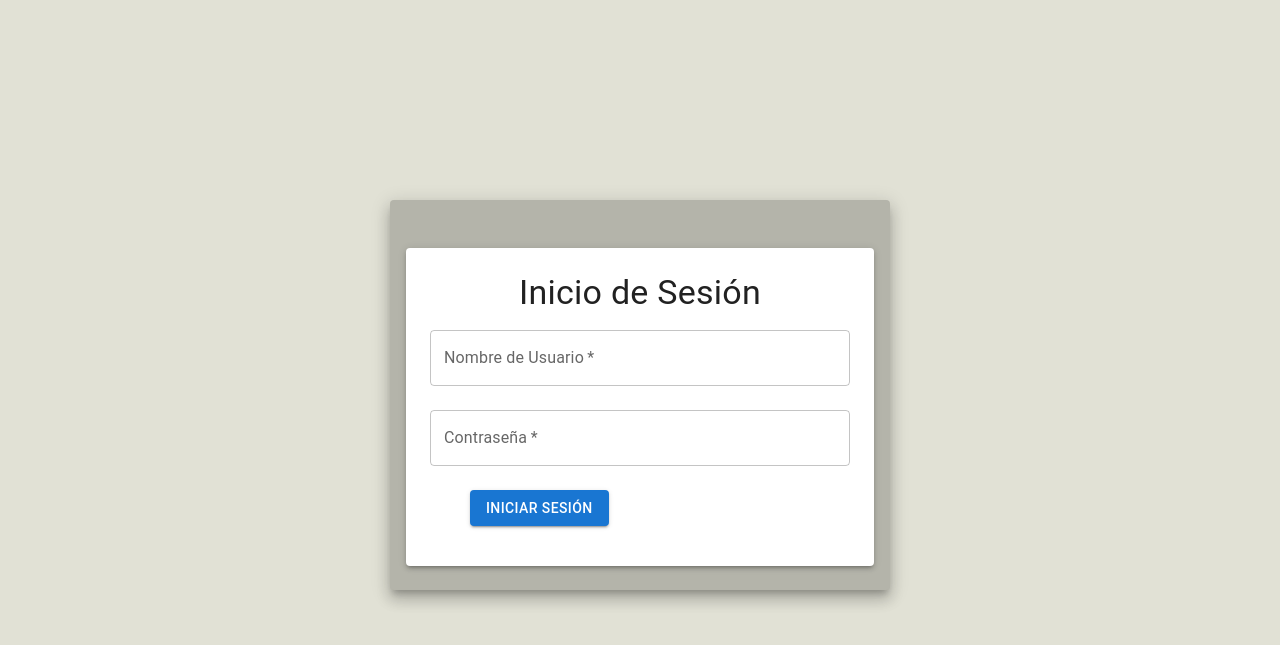
Repository: Mpablom/usuarioCaC-integrador-final-front
Page: /
The author's editor kept a copy of each file at every save. The page is drawn from the files as they stood at one save, then again after the next save.
The browser window is 1280 px wide. The pictures show the whole page.
The project was rebuilt for these pictures with package versions that can differ from the ones it lists, and the page was loaded fresh each time. Also part of the build but not shown: vite.config.ts, src/components/UsuariosTable.tsx.

Above is the page before, as saved 2024-07-11 00:35:17.

### src/App.tsx
// App.tsx (o donde configures tus rutas)
import React from 'react';
import {
  BrowserRouter as Router,
  Route,
  Routes,
  Navigate,
} from 'react-router-dom';
import Login from './components/Login'; // Componente de inicio de sesión
import UsuariosTable from './components/UsuariosTable'; // Componente de la tabla de usuarios

const App: React.FC = () => {
  return (
    <Router>
      <Routes>
        <Route path="/login" element={<Login />} />
        <Route path="/usuarios" element={<UsuariosTable />} />
        <Route path="/" element={<Navigate to="/login" />} />
      </Routes>
    </Router>
  );
};

export default App;

### src/index.css
 :root {
  font-family: system-ui, -apple-system, BlinkMacSystemFont, 'Segoe UI', Roboto;
  line-height: 1.5;
  /* font-weight: 400; */

  color-scheme: light dark;
  color: rgba(255, 255, 255, 0.87);
  background-color: #E1E1D5;

  font-synthesis: none;
  text-rendering: optimizeLegibility;
  -webkit-font-smoothing: antialiased;
  -moz-osx-font-smoothing: grayscale;
}
Card{
  background-color: #B4B4AA;
}
/*
a {
  font-weight: 500;
  color: #646cff;
  text-decoration: inherit;
}
a:hover {
  color: #535bf2;
}

body {
  margin: 0;
  display: flex;
  place-items: center;
  min-width: 320px;
  min-height: 100vh;
}

h1 {
  font-size: 3.2em;
  line-height: 1.1;
  color: #1a1a1a;
}

button {
  border-radius: 8px;
  border: 1px solid transparent;
  padding: 0.6em 1.2em;
  font-size: 1em;
  font-weight: 500;
  font-family: inherit;
  background-color: #1a1a1a;
  cursor: pointer;
  transition: border-color 0.25s;
}
button:hover {
  border-color: #646cff;
}
button:focus,
button:focus-visible {
  outline: 4px auto -webkit-focus-ring-color;
}

@media (prefers-color-scheme: light) {
  :root {
    color: #213547;
    background-color: #ffffff;
  }
  a:hover {
    color: #747bff;
  }
  button {
    background-color: #f9f9f9;
  }
}
 */

### src/components/Login.tsx
import {
  Button,
  Card,
  CardContent,
  CardHeader,
  Container,
  TextField,
  Typography,
} from "@mui/material";
import { login } from "../axios/UsuarioApi";
import { useState } from "react";
import { useNavigate } from "react-router-dom";

const Login: React.FC = () => {
  const [username, setUsername] = useState("");
  const [password, setPassword] = useState("");
  const [error, setError] = useState("");
  const navigate = useNavigate();
  const handleLogin = async (event: React.FormEvent<HTMLFormElement>) => {
    event.preventDefault();
    setError("");
    try {
      const response = await login({ username, password });
      if (response.message === "Autenticación exitosa") {
        navigate("/usuarios");
      }
    } catch (error) {
      setError("Error al iniciar sesión");
    }
  };
  return (
    <Card
      sx={{
        maxWidth: 500,
        margin: "auto",
        boxShadow: "10",
        mt: '200px',
        bgcolor: "#B4B4AA",
      }}
    >
      <CardHeader />
      <CardContent>
        <Container sx={{ bgcolor: "#FFFFFF", p: 3, boxShadow: 3, borderRadius: 1 }}>
          <Typography variant="h4" component="h1" textAlign={"center"}>
            Inicio de Sesión
          </Typography>
          <form onSubmit={handleLogin}>
            <TextField
              label="Nombre de Usuario"
              variant="outlined"
              fullWidth
              margin="normal"
              value={username}
              onChange={(e) => setUsername(e.target.value)}
              required
            />
            <TextField
              label="Contraseña"
              variant="outlined"
              fullWidth
              margin="normal"
              type="password"
              value={password}
              onChange={(e) => setPassword(e.target.value)}
              required
            />
            {error && (
              <Typography color="error" variant="body2">
                {error}
              </Typography>
            )}
            <Button type="submit" variant="contained" color="primary" sx={{ ml:5,my: 2 }}>
              Iniciar Sesión
            </Button>
          </form>
        </Container>
      </CardContent>
    </Card>
  );
};

export default Login;

### src/axios/UsuarioApi.ts
import api from './Api';
import { Usuario, UsuarioLogin } from '../models/UsuarioModel';

export const getUsuarios = async (): Promise<Usuario[]> => {
  const response = await api.get('/usuarios');
  return response.data;
};

export const getUsuarioById = async (id: number): Promise<Usuario> => {
  const response = await api.get(`/usuarios/${id}`);
  return response.data;
};

export const createUsuario = async (usuario: Usuario): Promise<void> => {
  const response = await api.post('/usuarios', usuario);
  return response.data;
};

export const updateUsuario = async (id: number, usuario: Usuario): Promise<void> => {
  const response = await api.put(`/usuarios/${id}`, usuario);
  return response.data;
};

export const deleteUsuario = async (id: number): Promise<void> => {
  const response = await api.delete(`/usuarios/${id}`);
  return response.data;
};

export const restoreUsuario = async (id: number): Promise<void> => {
  const response = await api.patch(`/usuarios/${id}`);
  return response.data;
};
export const login = async (usuarioLogin: UsuarioLogin): Promise<Usuario> => {
    try {
        const response = await api.post(`/usuarios/login`, usuarioLogin);
        return response.data as Usuario; // Asegúrate de que response.data sea del tipo Usuario
    } catch (error) {
        if (error instanceof Error) {
            throw new Error(`Error al iniciar sesión: ${error.message}`);
        } else {
            throw new Error(`Error al iniciar sesión: Error desconocido`);
        }
    }
  }

### src/axios/api.ts
import axios from 'axios';

const api = axios.create({
  baseURL: 'http://localhost:8080',
  headers: {
    'Content-Type': 'application/json',
  },
});

export default api;

Loaded but not shown: index.html (common file); src/main.tsx (common file)

After the next save:
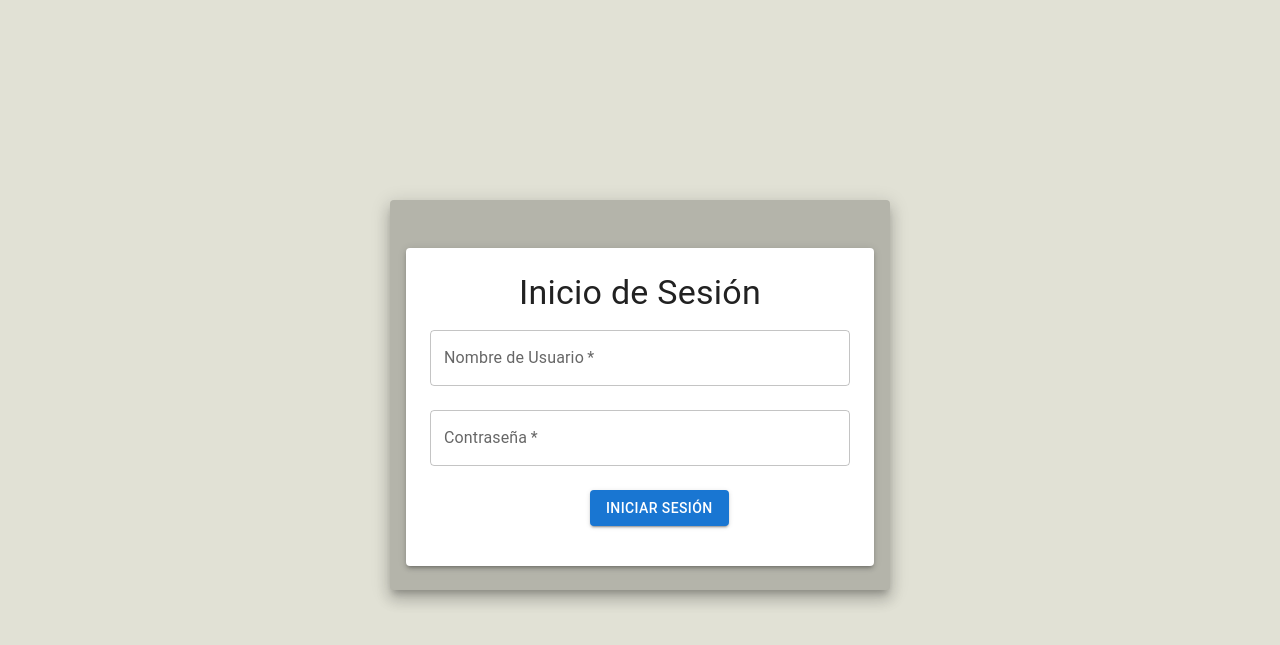
Saved 6 s later.
--- a/src/components/Login.tsx
+++ b/src/components/Login.tsx
@@ -69,7 +69,7 @@ const Login: React.FC = () => {
                 {error}
               </Typography>
             )}
-            <Button type="submit" variant="contained" color="primary" sx={{ ml:5,my: 2 }}>
+            <Button type="submit" variant="contained" color="primary" sx={{ ml:20,my: 2 }}>
               Iniciar Sesión
             </Button>
           </form>
